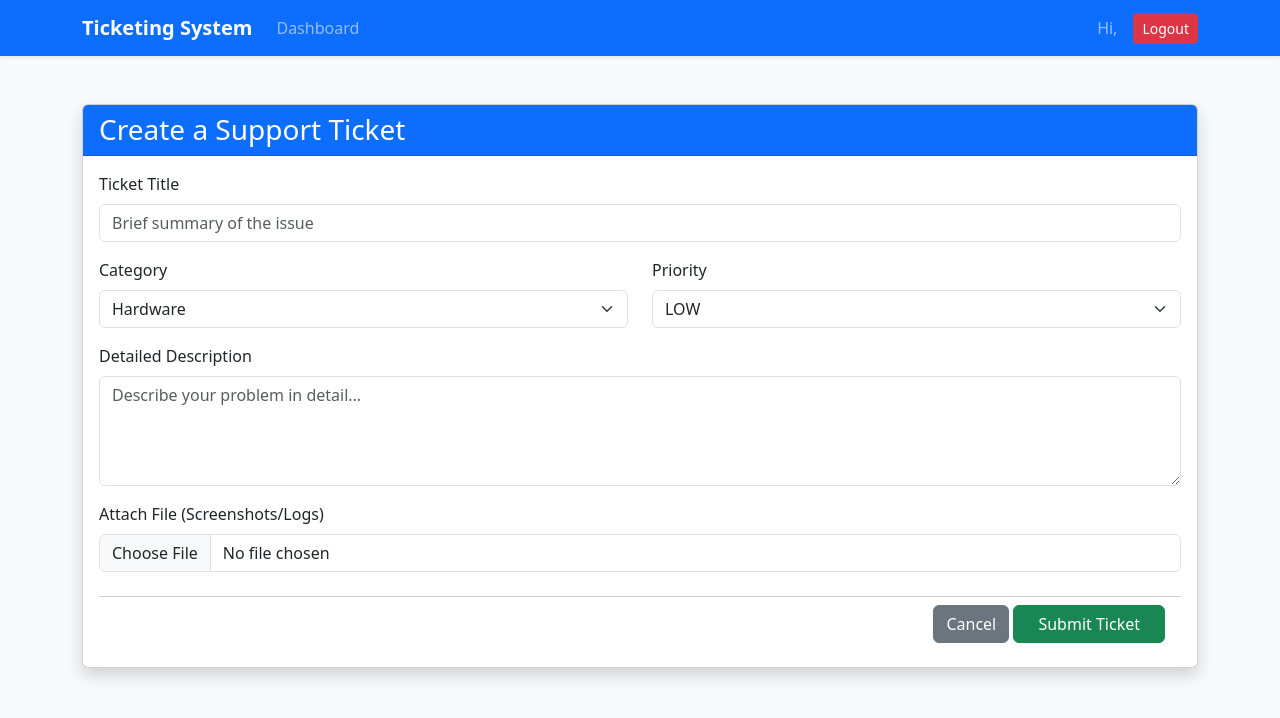
Repository: stevethetechguy/Ticketing-Gateway-System
Page: http://localhost/TicketGatewayUI/WEB-INF/views/raiseTicket.jsp
An editor plug-in stored every save of this project. The page is shown before and after the next save, followed by the edit.
The browser window is 1280 px wide. The pictures show the whole page.
The page is served by Tomcat 9. Nobody is signed in. Other server files are loaded and not shown. The template is opened directly, without the code that normally fills it, so the values that code supplies are empty.

Above is the page before, as saved 2026-02-05 18:19:23.

### TicketGatewayUI/src/main/webapp/WEB-INF/views/raiseTicket.jsp
<%@ page language="java" contentType="text/html; charset=UTF-8" pageEncoding="UTF-8"%>
<%@ taglib prefix="c" uri="http://java.sun.com/jsp/jstl/core" %>

<!DOCTYPE html>
<html>
<head>
    <title>Raise New Ticket</title>
	<link href="https://cdn.jsdelivr.net/npm/bootstrap@5.3.0/dist/css/bootstrap.min.css" rel="stylesheet">
    <script src="https://code.jquery.com/jquery-3.6.0.min.js"></script>
</head>
<body class="bg-light">
<%@ include file="navbar.jsp" %>

<div class="container mt-5">
    <div class="card shadow">
        <div class="card-header bg-primary text-white">
            <h3 class="card-title mb-0">Create a Support Ticket</h3>
        </div>
        <div class="card-body">
            <form id="ticketForm" enctype="multipart/form-data">

                <div class="row">
                    <div class="col-md-12 mb-3">
                        <label class="form-label">Ticket Title</label>
                        <input type="text" name="title" id="title" class="form-control" placeholder="Brief summary of the issue" />
                    </div>

                    <div class="col-md-6 mb-3">
                        <label class="form-label">Category</label>
                        <select name="category" id="category" class="form-select">
                            <option value="Hardware">Hardware</option>
                            <option value="Software">Software</option>
                            <option value="Network">Network</option>
                            <option value="Access Request">Access Request</option>
                        </select>
                    </div>

                    <div class="col-md-6 mb-3">
                        <label class="form-label">Priority</label>
                        <select name="priority" id="priority" class="form-select">
                            <c:forEach items="${priorities}" var="p">
                                <option value="${p}">${p}</option>
                            </c:forEach>
                            <option value="LOW">LOW</option>
                            <option value="MEDIUM">MEDIUM</option>
                            <option value="HIGH">HIGH</option>
                        </select>
                    </div>

                    <div class="col-md-12 mb-3">
                        <label class="form-label">Detailed Description</label>
                        <textarea name="description" id="description" class="form-control" rows="4" placeholder="Describe your problem in detail..."></textarea>
                    </div>

                    <div class="col-md-12 mb-4">
                        <label class="form-label">Attach File (Screenshots/Logs)</label>
                        <input type="file" name="ticketFile" id="ticketFile" class="form-control" />
                    </div>
                </div>

                <div class="card-footer text-end bg-transparent">
                    <a href="${pageContext.request.contextPath}/dashboard" class="btn btn-secondary">Cancel</a>
                    <button type="button" id="btnSubmit" class="btn btn-success px-4">Submit Ticket</button>
                </div>
            </form>
        </div>
    </div>
</div>

<script>
    $(document).ready(function() {

        function submitTicket() {
			var formData = new FormData();

			    // 2. Append the fields (Match the @RequestParam names in your Controller)
			    formData.append("title", $("#title").val());
			    formData.append("description", $("#description").val());
			    formData.append("category", $("#category").val());
			    formData.append("priority", $("#priority").val());

			    // 3. Append the file (grabbing the first file from the input)
			    var fileInput = document.getElementById('ticketFile');
			    if (fileInput.files.length > 0) {
			        formData.append("ticketFile", fileInput.files[0]);
			    }

			    // 4. Perform the AJAX call
			    $.ajax({
			        url: "${pageContext.request.contextPath}/gateway/saveTicket",
			        type: "POST",
			        data: formData,
			        processData: false,  // Tell jQuery not to process the data
			        contentType: false,  // Tell jQuery not to set contentType (FormData does this)
			        success: function(response) {
			            alert("Success: " + response);
			            window.location.href = "${pageContext.request.contextPath}/dashboard";
			        },
			        error: function(xhr, status, error) {
			            alert("Error: " + xhr.responseText);
			            console.log(error);
			        }
			    });
        }

        $('#btnSubmit').on('click', function() {
            submitTicket();
        });
    });
</script>

</body>
</html>

### TicketGatewayUI/src/main/webapp/WEB-INF/views/navbar.jsp
<%@ taglib prefix="sec" uri="http://www.springframework.org/security/tags" %>

<nav class="navbar navbar-expand-lg navbar-dark bg-primary shadow-sm">
    <div class="container">
        <a class="navbar-brand fw-bold" href="${pageContext.request.contextPath}/dashboard">
            <i class="bi bi-ticket-perforated"></i> Ticketing System
        </a>

        <button class="navbar-toggler" type="button" data-bs-toggle="collapse" data-bs-target="#navbarNav"
                aria-controls="navbarNav" aria-expanded="false" aria-label="Toggle navigation">
            <span class="navbar-toggler-icon"></span>
        </button>

        <div class="collapse navbar-collapse" id="navbarNav">
            <ul class="navbar-nav me-auto">
                <li class="nav-item">
                    <a class="nav-link" href="${pageContext.request.contextPath}/dashboard">Dashboard</a>
                </li>

                <sec:authorize access="hasRole('USER')">
                    <li class="nav-item">
                        <a class="nav-link" href="${pageContext.request.contextPath}/raiseTicket">Raise Ticket</a>
                    </li>
                    <li class="nav-item">
                        <a class="nav-link" href="${pageContext.request.contextPath}/my-tickets">My Tickets</a>
                    </li>
                </sec:authorize>

                <sec:authorize access="hasRole('MANAGER')">
                    <li class="nav-item">
                        <a class="nav-link text-warning" href="${pageContext.request.contextPath}/approvals">Pending Approvals</a>
                    </li>
                </sec:authorize>

                <sec:authorize access="hasRole('ADMIN')">
                    <li class="nav-item">
                        <a class="nav-link" href="${pageContext.request.contextPath}/manage-users">Employees</a>
                    </li>
                    <li class="nav-item">
                        <a class="nav-link" href="${pageContext.request.contextPath}/reports">Reports</a>
                    </li>
                </sec:authorize>
            </ul>

            <div class="d-flex align-items-center">
                <span class="navbar-text me-3 text-d">
                    Hi, <strong><sec:authentication property="principal.username"/></strong>
                </span>
                <a href="${pageContext.request.contextPath}/logout" class="btn btn-danger btn-sm text-white border-red">Logout</a>
            </div>
        </div>
    </div>
</nav>

After the next save:
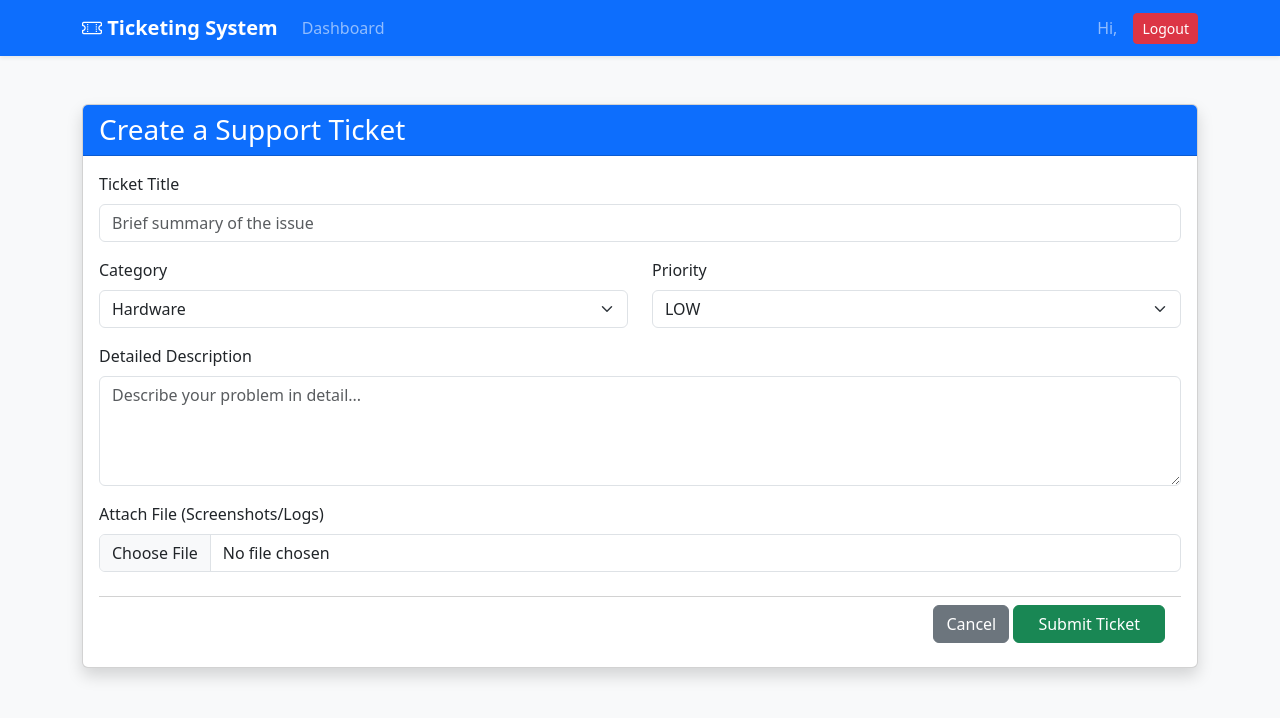
Saved 46 s later.
--- a/TicketGatewayUI/src/main/webapp/WEB-INF/views/raiseTicket.jsp
+++ b/TicketGatewayUI/src/main/webapp/WEB-INF/views/raiseTicket.jsp
@@ -6,7 +6,9 @@
 <head>
     <title>Raise New Ticket</title>
 	<link href="https://cdn.jsdelivr.net/npm/bootstrap@5.3.0/dist/css/bootstrap.min.css" rel="stylesheet">
-    <script src="https://code.jquery.com/jquery-3.6.0.min.js"></script>
+	<link rel="stylesheet" href="https://cdn.jsdelivr.net/npm/bootstrap-icons@1.11.0/font/bootstrap-icons.css">
+	<script src="https://code.jquery.com/jquery-3.6.0.min.js"></script>
+	<script src="https://cdn.jsdelivr.net/npm/bootstrap@5.3.0/dist/js/bootstrap.bundle.min.js"></script>
 </head>
 <body class="bg-light">
 <%@ include file="navbar.jsp" %>
